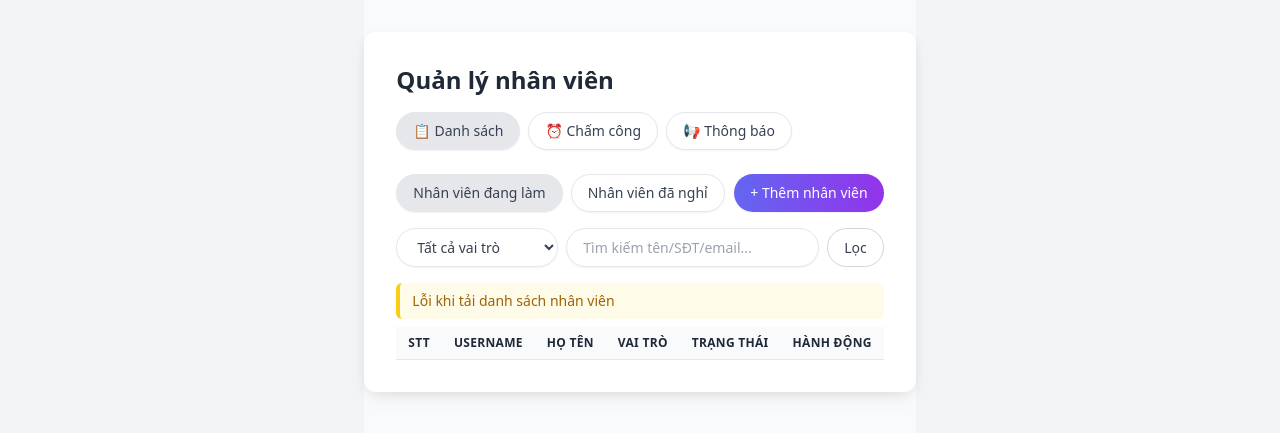
Repository: OssiaLouisVu/-N-2
Page: /manager/dashboard (app in frontend/)
An editor plug-in stored every save of this project. The page is shown before and after the next save, followed by the edit.
The browser window is 1280 px wide. The pictures show the whole page.
The page's requests for data from a server got no answer. The project was rebuilt for these pictures with package versions that can differ from the ones it lists, and the page was loaded fresh each time. No one was signed in, and anything a server would have sent is missing. Also part of the build but not shown: frontend/vite.config.mjs, frontend/src/pages/Login.jsx, frontend/src/pages/StudentDashboard.jsx, frontend/src/api/attendanceApi.js, frontend/src/components/attendance/AttendanceTable.jsx, frontend/src/components/attendance/AttendancePanel.jsx, frontend/src/api/mockExamApi.js, frontend/src/components/mockExam/MockExamPanel.jsx and 13 more.

Above is the page before, as saved 2025-12-02 01:56:47.

After the next save:
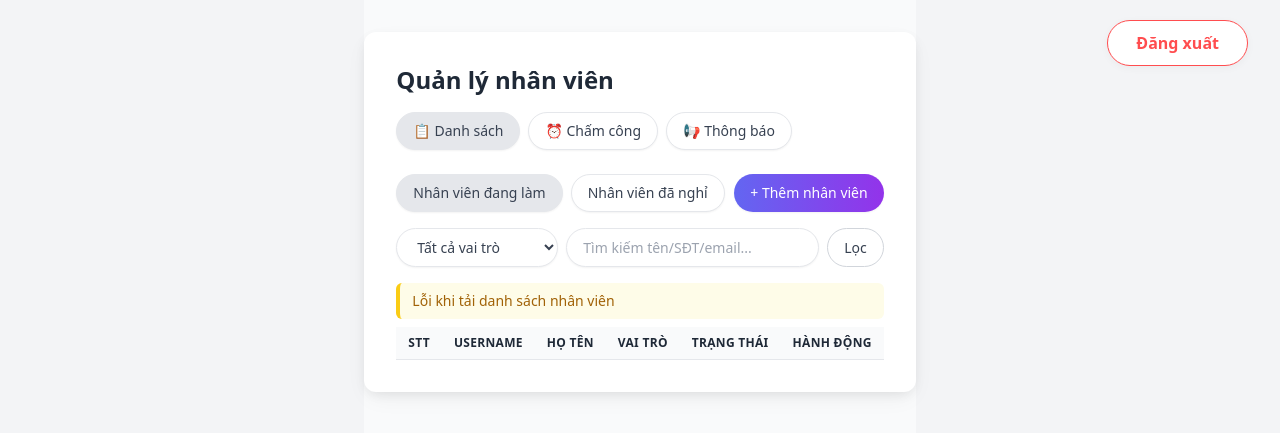
Saved 103 s later.
--- a/frontend/src/pages/ManagerDashboard.jsx
+++ b/frontend/src/pages/ManagerDashboard.jsx
@@ -158,7 +158,26 @@ export default function ManagerDashboard() {
     <div className="min-h-screen bg-gray-50 py-8">
       <div className="max-w-5xl mx-auto bg-white rounded-xl shadow-card p-8 relative">
         {/* Logout fixed top-right */}
-        <button onClick={handleLogout} className="btn-white-outline px-6 py-2 absolute right-4 top-4">Đăng xuất</button>
+        <button
+          onClick={handleLogout}
+          style={{
+            position: "fixed",
+            top: 20,
+            right: 32,
+            zIndex: 100,
+            padding: "10px 28px",
+            borderRadius: 999,
+            border: "1px solid #ff4d4f",
+            background: "#fff",
+            color: "#ff4d4f",
+            fontWeight: 600,
+            fontSize: 16,
+            cursor: "pointer",
+            boxShadow: "0 2px 8px rgba(0,0,0,0.04)"
+          }}
+        >
+          Đăng xuất
+        </button>
 
         <h1 className="text-2xl font-bold mb-4">Quản lý nhân viên</h1>
 
